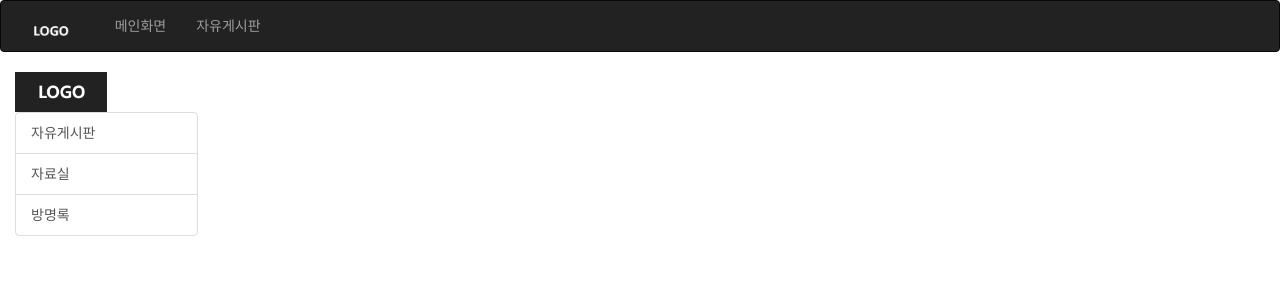
Repository: bhj305/JSP_Bulletin_Board
Page: http://localhost/BulletinBoard/14MVCBoard/Default.jsp
The author's editor kept a copy of each file at every save. The page is drawn from the files as they stood at one save, then again after the next save.
The browser window is 1280 px wide. The pictures show the whole page.
The page is served by Tomcat 10.

Above is the page before, as saved 2025-05-17 03:56:48.

After the next save:
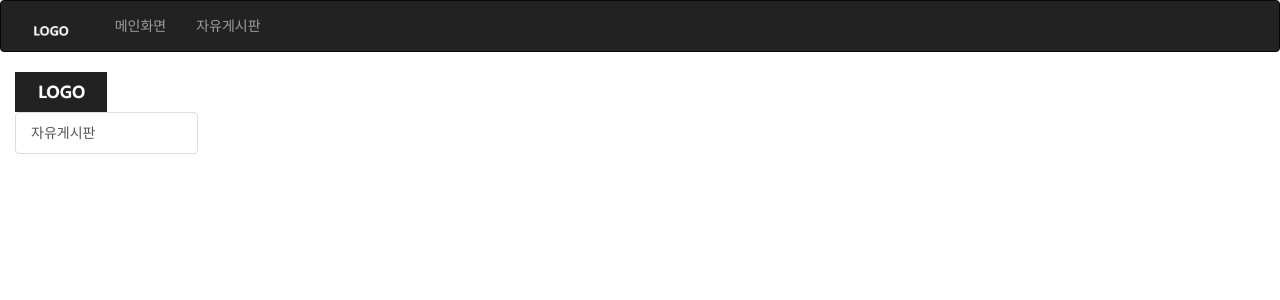
Saved 20 s later.
--- a/BulletinBoard/src/main/webapp/14MVCBoard/Default.jsp
+++ b/BulletinBoard/src/main/webapp/14MVCBoard/Default.jsp
@@ -12,8 +12,6 @@
             <img src="../images/logo.png" alt="" style="height: 40px;">
             <div class="list-group">
                 <a class="list-group-item list-group-item-action " href="#">자유게시판</a><!-- active 생략 -->
-                <a class="list-group-item list-group-item-action" href="#" >자료실</a>
-                <a class="list-group-item list-group-item-action" href="#">방명록</a>
             </div>
         </div>
 	</body>
